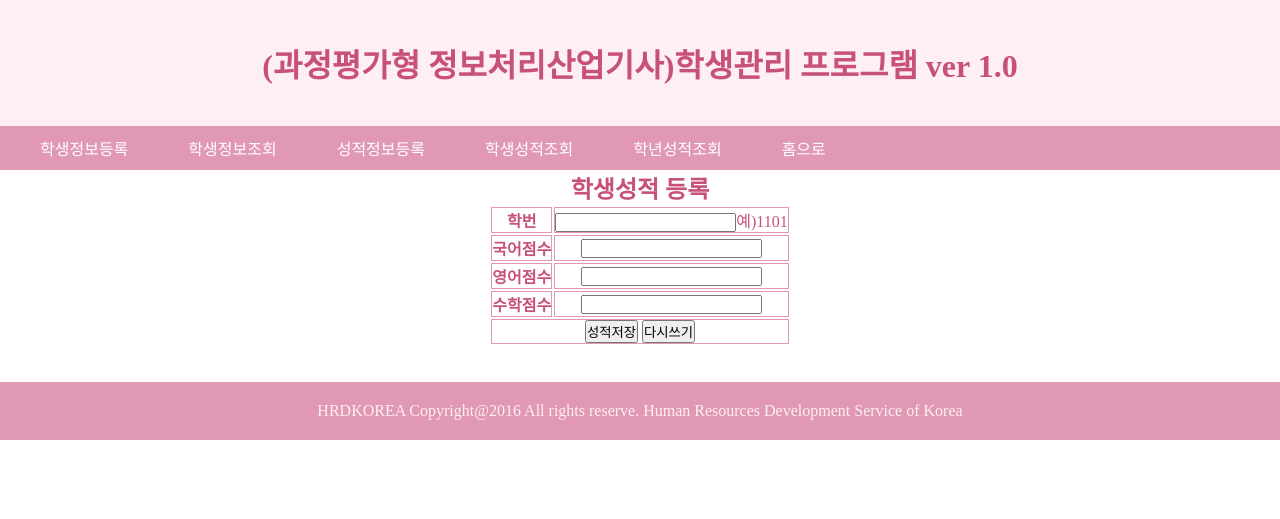
Repository: SeolhwaPark/JSL40_HRDKOREA
Page: http://localhost/HRD_0428_02/input.jsp
The author's editor kept a copy of each file at every save. The page is drawn from the files as they stood at one save, then again after the next save.
The browser window is 1280 px wide. The pictures show the whole page.
The page is served by Tomcat 9.

Above is the page before, as saved 2020-04-30 04:50:47.

After the next save:
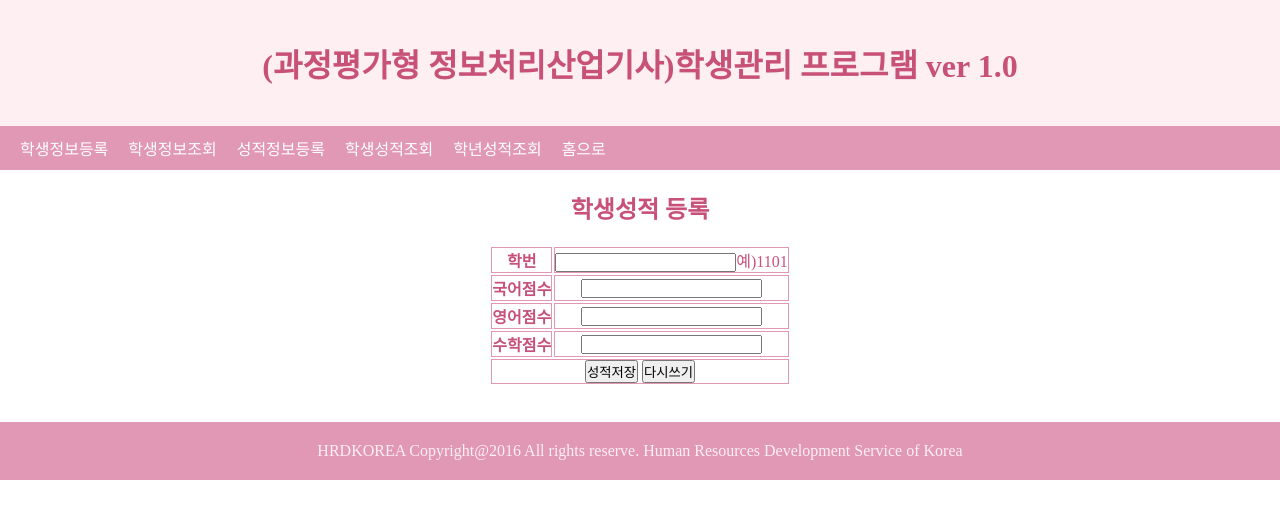
Saved 24 s later.
--- a/HRD_0428_02/WebContent/input.jsp
+++ b/HRD_0428_02/WebContent/input.jsp
@@ -14,10 +14,10 @@
 .logo{padding:40px 0;text-align:center;color:#c85179; background-color:#fdeff2}
 .navi{padding:10px 0;overflow:hidden; background-color:#e198b4}
 .navi ul, li{padding:0 10px;float:left;list-style:none}
-a{padding:20px;text-decoration:none; color:#fff}
+a{text-decoration:none; color:#fff}
 
 .section{color:#c85179;}
-.title{text-align:center;}
+.title{text-align:center;padding:20px;}
 .content{margin:0 auto}
 .content table{margin:0 auto}
 .content table th, td{text-align:center;color:#c85179; border: 1px solid #e198b4}
